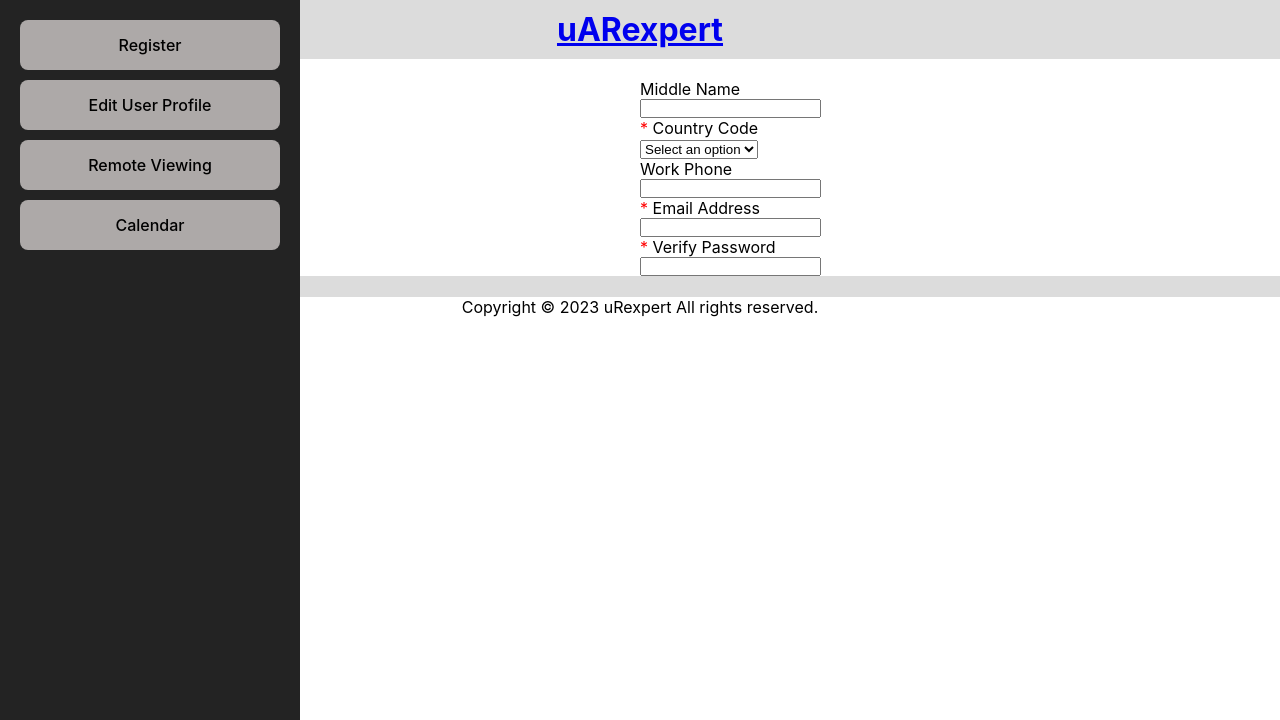
Repository: onionNguyen/Senior-Design-Project
Page: /register (app in frontend/)
These files come from the project's save history. The page is drawn as it stood at one moment and after the next save; the edit follows.
The browser window is 1280 px wide. The pictures show the whole page.
The page's requests for data from a server got no answer. The project was rebuilt for these pictures with package versions that can differ from the ones it lists, and the page was loaded fresh each time. No one was signed in, and anything a server would have sent is missing. Also part of the build but not shown: frontend/src/components/pages/edit-user-profile/EditProfile.module.css, frontend/src/components/pages/edit-user-profile/EditProfile.js, frontend/src/components/pages/login/Login.module.css, frontend/src/components/pages/login/Login.js, frontend/src/components/pages/home/Home.module.css, frontend/src/components/pages/error/Unauthorized.js, frontend/src/components/pages/home/Home.js, frontend/src/components/pages/error/NotFound.js and 2 more.

Above is the page before, as saved 2023-10-27 03:21:43.

### frontend/src/index.css
* {
  box-sizing: border-box;
  margin: 0;
  padding: 0;
}

body {
  font-family: -apple-system, BlinkMacSystemFont, "Segoe UI", "Roboto", "Oxygen",
    "Ubuntu", "Cantarell", "Fira Sans", "Droid Sans", "Helvetica Neue",
    sans-serif;
  -webkit-font-smoothing: antialiased;
  -moz-osx-font-smoothing: grayscale;
}

code {
  font-family: source-code-pro, Menlo, Monaco, Consolas, "Courier New",
    monospace;
}

### frontend/src/App.js
import { BrowserRouter as Router, Routes, Route } from "react-router-dom";
import EditProfile from "./components/pages/edit-user-profile/EditProfile";
import Login from "./components/pages/login/Login";
import Home from "./components/pages/home/Home";
import Register from "./components/pages/registration/Register";
import { AuthContext } from "./helpers/AuthContext";
import { useState, useEffect } from "react";
import axios from "axios";
import NotFound from "./components/pages/error/NotFound";
import Calendar from "./components/pages/calendar/Calendar";
import RemoteViewing from "./components/pages/remote-viewing/RemoteViewing";

function App() {
  const [authState, setAuthState] = useState({
    id: 0,
    name: "",
    email: "",
    status: false,
  });

  useEffect(() => {
    axios
      .get("http://localhost:5000/auth", {
        headers: {
          accessToken: localStorage.getItem("accessToken"),
        },
      })
      .then((response) => {
        console.log(response.data);
        if (response.data.error) {
          setAuthState({
            ...authState,
            status: false,
          });
        } else {
          setAuthState({
            id: response.data.id,
            name: response.data.name,
            email: response.data.email,
            status: true,
          });
        }
      });
  }, [authState]);

  return (
    <AuthContext.Provider value={{ authState, setAuthState }}>
      <Router>
        <Routes>
          <Route path="/" exact element={<Home />} />
          <Route path="/register" exact element={<Register />} />
          <Route path="/login" exact element={<Login />} />
          <Route path="/profile/edit" exact element={<EditProfile />} />
          <Route path="/calendar" exact element={<Calendar />} />
          <Route path="/remote-viewing" exact element={<RemoteViewing />} />
          <Route path="*" exact element={<NotFound />} />
        </Routes>
      </Router>
    </AuthContext.Provider>
  );
}

export default App;

### frontend/src/components/pages/registration/Register.js
import React, { useState, useEffect } from "react";
import { useNavigate } from "react-router-dom";
import axios from "axios";
import Footer from "../../footer/Footer";
import Header from "../../header/Header";
import SideNav from "../../sidenav/SideNav";
import Input from "../../form/Input";
import styles from "./Register.module.css";
import IndicatesRequired from "../../form/IndicatesRequired";
import MessageRibbon from "../../form/MessageRibbon";

const Register = () => {
  const navigate = useNavigate();

  const [formData, setFormData] = useState({
    first_name: "",
    middle_name: "",
    last_name: "",
    country_name: "",
    mobile_phone: "",
    work_phone: "",
    home_phone: "",
    email: "",
    password: "",
    verify_password: "",
  });

  const [errorMessages, setErrorMessages] = useState([]);

  const [countryCodes, setCountryCodes] = useState([]);

  useEffect(() => {
    axios
      .get("http://localhost:5000/countries")
      .then((response) => {
        setCountryCodes(response.data.countries);
      })
      .catch((error) => {
        console.error("Error fetching country codes:", error);
      });
  }, []);

  const handleInputChange = (event) => {
    const { name, value } = event.target;
    console.log(value);
    setFormData({ ...formData, [name]: value });
  };

  const isValidEmail = (email) => {
    const emailPattern = /^[a-zA-Z0-9._%+-]+@[a-zA-Z0-9.-]+\.[a-zA-Z]{2,}$/;
    return emailPattern.test(email);
  };

  const isValidPhoneNumber = (phoneNumber) => {
    const phonePattern = /^[0-9]{10}$/;
    return phonePattern.test(phoneNumber);
  };

  const handleSubmit = (event) => {
    event.preventDefault();
    console.log(formData);

    const errors = [];

    const fieldToLablesMap = {
      first_name: "First name",
      middle_name: "Middle name",
      last_name: "Last name",
      country_name: "Country code",
      mobile_phone: "Mobile phone",
      work_phone: "Work phone",
      home_phone: "Home phone",
      email: "Email address",
      password: "Password",
      verify_password: "Verify password",
    };

    // Validation for required fields
    const requiredFields = [
      "first_name",
      "last_name",
      "country_name",
      "mobile_phone",
      "email",
      "password",
      "verify_password",
    ];

    requiredFields.forEach((field) => {
      if (!formData[field]) {
        errors.push(`${fieldToLablesMap[field]} is required.`);
      }
    });

    // Validation for field lengths
    const fieldsToCheckLength = [
      "first_name",
      "middle_name",
      "last_name",
      "email",
      "password",
      "verify_password",
    ];
    fieldsToCheckLength.forEach((field) => {
      if (formData[field] && formData[field].length > 50) {
        errors.push(
          `${fieldToLablesMap[field]} must be 50 characters or less.`
        );
      }
    });

    // Validation for phone numbers (mobile, work, home)
    const phoneFields = ["mobile_phone", "work_phone", "home_phone"];
    phoneFields.forEach((field) => {
      if (
        formData[field] &&
        (formData[field].length > 10 || !isValidPhoneNumber(formData[field]))
      ) {
        errors.push(
          `${fieldToLablesMap[field]} must be 10 characters or less and valid.`
        );
      }
    });

    // Validation for email
    if (formData.email && !isValidEmail(formData.email)) {
      errors.push("Invalid email address.");
    }

    // Validation for password and verify_password
    if (formData.password !== formData.verify_password) {
      errors.push("Passwords do not match.");
    }

    console.log(errors);
    if (errors.length === 0) {
      axios
        .post("http://localhost:5000/register", formData)
        .then((response) => {
          console.log(response.data);
          navigate("/login");
        })
        .catch((error) => {
          console.error("Error registering user:", error);
        });
      setErrorMessages([]);
      setFormData({
        first_name: "",
        middle_name: "",
        last_name: "",
        country_name: "",
        mobile_phone: "",
        work_phone: "",
        home_phone: "",
        email: "",
        password: "",
        verify_password: "",
      });
    } else {
      setErrorMessages(errors);
    }
  };

  return (
    <div>
      <Header />
      <div className={styles["main-content"]}>
       <SideNav />
       <div className={styles["page-content"]}>
      <MessageRibbon messageList={errorMessages} />
      <IndicatesRequired />
      <form onSubmit={handleSubmit} noValidate>
        <div className={styles["form-container"]}>
          <div className={styles["form-sub-container"]}>
            <Input
              label={"First Name"}
              type={"text"}
              name={"first_name"}
              value={formData.first_name}
              onChange={handleInputChange}
              required={true}
            />
            <Input
              label={"Last Name"}
              type={"text"}
              name={"last_name"}
              value={formData.last_name}
              onChange={handleInputChange}
              required={true}
            />
            <Input
              label={"Mobile Phone"}
              type={"text"}
              name={"mobile_phone"}
              value={formData.mobile_phone}
              onChange={handleInputChange}
              required={true}
            />
            <Input
              label={"Home Phone"}
              type={"text"}
              name={"home_phone"}
              value={formData.home_phone}
              onChange={handleInputChange}
              required={false}
            />
            <Input
              label={"Password"}
              type={"password"}
              name={"password"}
              value={formData.password}
              onChange={handleInputChange}
              required={true}
            />
          </div>
          <div className={styles["form-sub-container"]}>
            <Input
              label={"Middle Name"}
              type={"text"}
              name={"middle_name"}
              value={formData.middle_name}
              onChange={handleInputChange}
              required={false}
            />
            <Input
              label={"Country Code"}
              type={"select"}
              name={"country_name"}
              value={formData.country_name}
              onChange={handleInputChange}
              required={true}
              countryCodes={countryCodes}
            />
            <Input
              label={"Work Phone"}
              type={"text"}
              name={"work_phone"}
              value={formData.work_phone}
              onChange={handleInputChange}
              required={false}
            />
            <Input
              label={"Email Address"}
              type={"email"}
              name={"email"}
              value={formData.email}
              onChange={handleInputChange}
              required={true}
            />
            <Input
              label={"Verify Password"}
              type={"password"}
              name={"verify_password"}
              value={formData.verify_password}
              onChange={handleInputChange}
              required={true}
            />
          </div>
        </div>
        <div className={styles["button-ribbon"]}>
          <button>Register</button>
          <a href="http://localhost:3000/login">Need to login?</a>
        </div>
      </form>
      </div>
    </div>
    <Footer />
  </div>
  );
};

export default Register;

### frontend/src/components/footer/Footer.js
import React from "react";
import styles from "./Footer.module.css";

const Footer = () => {
  return (
    <div className={styles["footer"]}>
      <p>Copyright &copy; 2023 uRexpert All rights reserved.</p>
    </div>
  );
};

export default Footer;

### frontend/src/components/header/Header.js
import React from "react";
import styles from "./Header.module.css";
import { useContext } from "react";
import { AuthContext } from "../../helpers/AuthContext";
import { useNavigate, Link } from "react-router-dom";

const Header = () => {
  const { authState, setAuthState } = useContext(AuthContext);
  const navigate = useNavigate();

  const logout = () => {
    localStorage.removeItem("accessToken");
    setAuthState({
      id: 0,
      name: "",
      email: "",
      status: false,
    });
    navigate("/login");
  };

  return (
    <div className={styles["header"]}>
      <Link to="/">
        <h1>uARexpert</h1>
      </Link>
      {authState.status && <h2>{authState.name}</h2>}
      {authState.status && <button onClick={logout}>Logout</button>}
    </div>
  );
};

export default Header;

### frontend/src/components/sidenav/SideNav.js
import React from "react";
import styles from "./SideNav.module.css";
import { Link } from 'react-router-dom';

const SideNav = (props) => {
  return (
    <div className={styles.sidenav}>
      <ul className={styles.listGroup}>
        <li className={styles.listItem}>
          <Link to="/register">Register</Link>
        </li>
        <li className={styles.listItem}>
          <Link to="/profile/edit">Edit User Profile</Link>
        </li>
        <li className={styles.listItem}>
          <Link to="/remote-viewing">Remote Viewing</Link>
        </li>
        <li className={styles.listItem}>
          <Link to="/calendar">Calendar</Link>
        </li>
      </ul>
    </div>
  );
};

export default SideNav;

### frontend/src/components/form/Input.js
import React from "react";
import styles from "./Form.module.css";

const Input = ({
  label,
  type,
  name,
  value,
  onChange,
  required,
  countryCodes,
}) => {
  return (
    <>
      <label className={styles["display-block"]} htmlFor={name}>
        {required && <span className={styles["required"]}>* </span>}
        {label}
      </label>
      {type === "select" && (
        <select
          name={name}
          id={name}
          value={value}
          onChange={(e) => onChange(e)}
          required={required}
        >
          <option value="" disabled hidden>
            Select an option
          </option>
          {countryCodes.map((countryCode, index) => (
            <option key={index} value={countryCode.name}>
              {countryCode.name} ({countryCode.code})
            </option>
          ))}
        </select>
      )}
      {(type === "text" || type === "email" || type === "password") && (
        <input
          className={styles["display-block"]}
          type={type}
          name={name}
          id={name}
          value={value}
          onChange={(e) => onChange(e)}
          required={required}
        />
      )}
    </>
  );
};

export default Input;

### frontend/src/components/form/IndicatesRequired.js
import React from "react";
import styles from "./Form.module.css";

const IndicatesRequired = () => {
  return (
    <div>
      <span className={styles["required"]}>* </span>
      <span>Indicates Required</span>
    </div>
  );
};

export default IndicatesRequired;

### frontend/src/components/form/MessageRibbon.js
import React from "react";

const MessageRibbon = ({ messageList }) => {
  return (
    <>
      <ul>
        {messageList.map((message, index) => {
          return <li key={index}>{message}</li>;
        })}
      </ul>
    </>
  );
};

export default MessageRibbon;

### frontend/src/components/pages/registration/Register.module.css
.form-container {
  display: flex;
}

.form-sub-container {
  width: 50%;
}

.button-ribbon {
  background-color: gainsboro;
}

### frontend/src/components/header/Header.module.css
.header {
  display: flex;
  justify-content: center;
  align-items: center;
  background-color: gainsboro;
  padding: 10px 20px;
}

.left-aligned {
  display: flex;
  align-items: center;
}

#logo img {
  margin-right: 15px; /* Adjust as needed */
}

### frontend/src/components/sidenav/SideNav.module.css
.sidenav {
  height: 100vh;
  width: 300px; /* Fixed width to ensure uniform look across different screens */
  max-width: 80%; /* Ensure it doesn't consume too much space on smaller screens */
  z-index: 1;
  top: 0;
  left: 0;
  background-color: #232323; /* Darker color for contrast */
  transition: 0.5s ease;
  overflow-x: hidden;
  padding: 20px;
  display: flex;
  flex-direction: column;
  align-items: center;
  position: fixed;
}

.listGroup {
  width: 100%;
  list-style-type: none;
  padding: 0;
}

.listItem {
  width: 100%;
  padding: 15px 10px;
  text-align: center;
  margin-bottom: 10px;
  border-radius: 8px; /* Added border radius */
  background-color: #ada9a8;
  transition: background-color 0.3s ease; /* Transition effect for hover */
}

.listItem:hover {
  background-color: #7a7675; /* Change color on hover */
}

.listItem a {
  text-decoration: none;
  color: black; /* Ensure text is black, change as per your preference */
  font-weight: 500; /* Slightly bolder font */
  transition: color 0.3s ease; /* Transition effect for hover */
}

.listItem a:hover {
  color: white; /* Change color on hover */
}

### frontend/src/components/form/Form.module.css
.display-block {
  display: block;
}

.required {
  color: red;
}

Loaded but not shown: frontend/public/index.html (common file); frontend/src/index.js (common file); frontend/src/reportWebVitals.js (common file); frontend/src/helpers/AuthContext.js (common file); frontend/src/components/footer/Footer.module.css (common file)

After the next save:
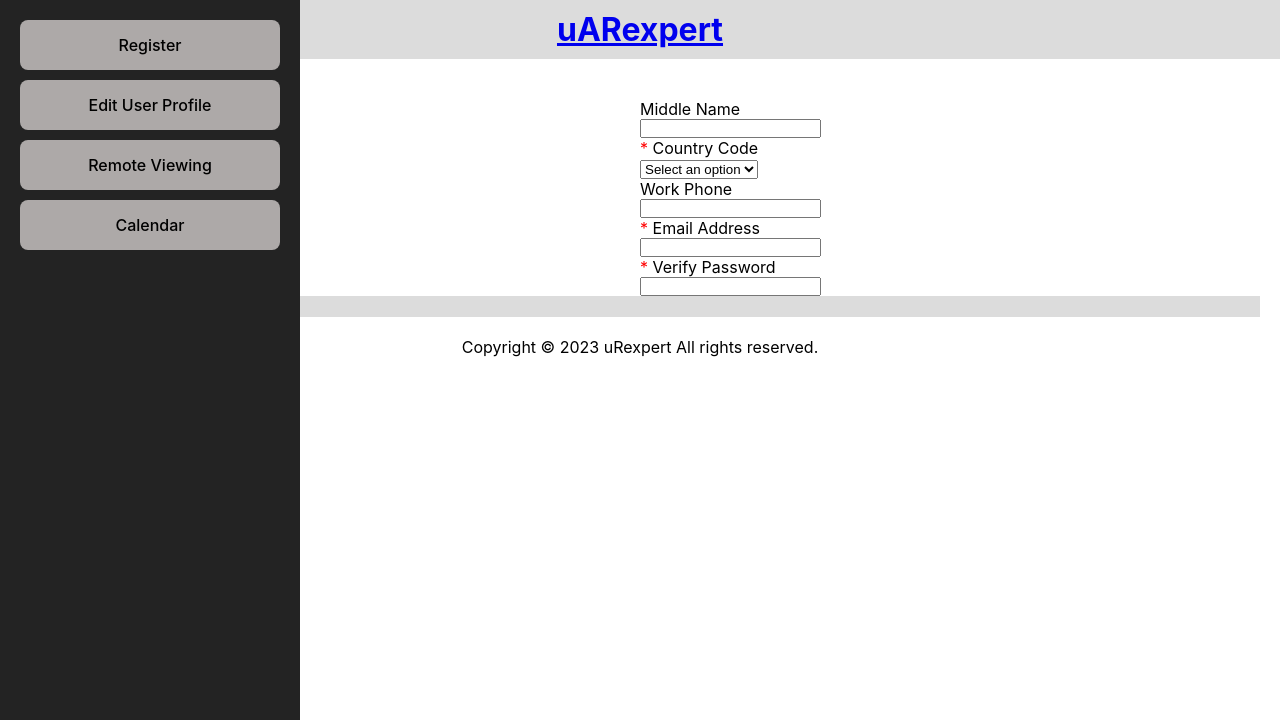
Saved 11 s later.
--- a/frontend/src/components/pages/registration/Register.module.css
+++ b/frontend/src/components/pages/registration/Register.module.css
@@ -9,3 +9,13 @@
 .button-ribbon {
   background-color: gainsboro;
 }
+
+.main-content {
+  display: flex;
+  flex-wrap: nowrap; /* Ensure that the items do not wrap */
+}
+
+.page-content {
+  flex-grow: 1; /* This will allow it to take the remaining space */
+  padding: 20px;
+}
